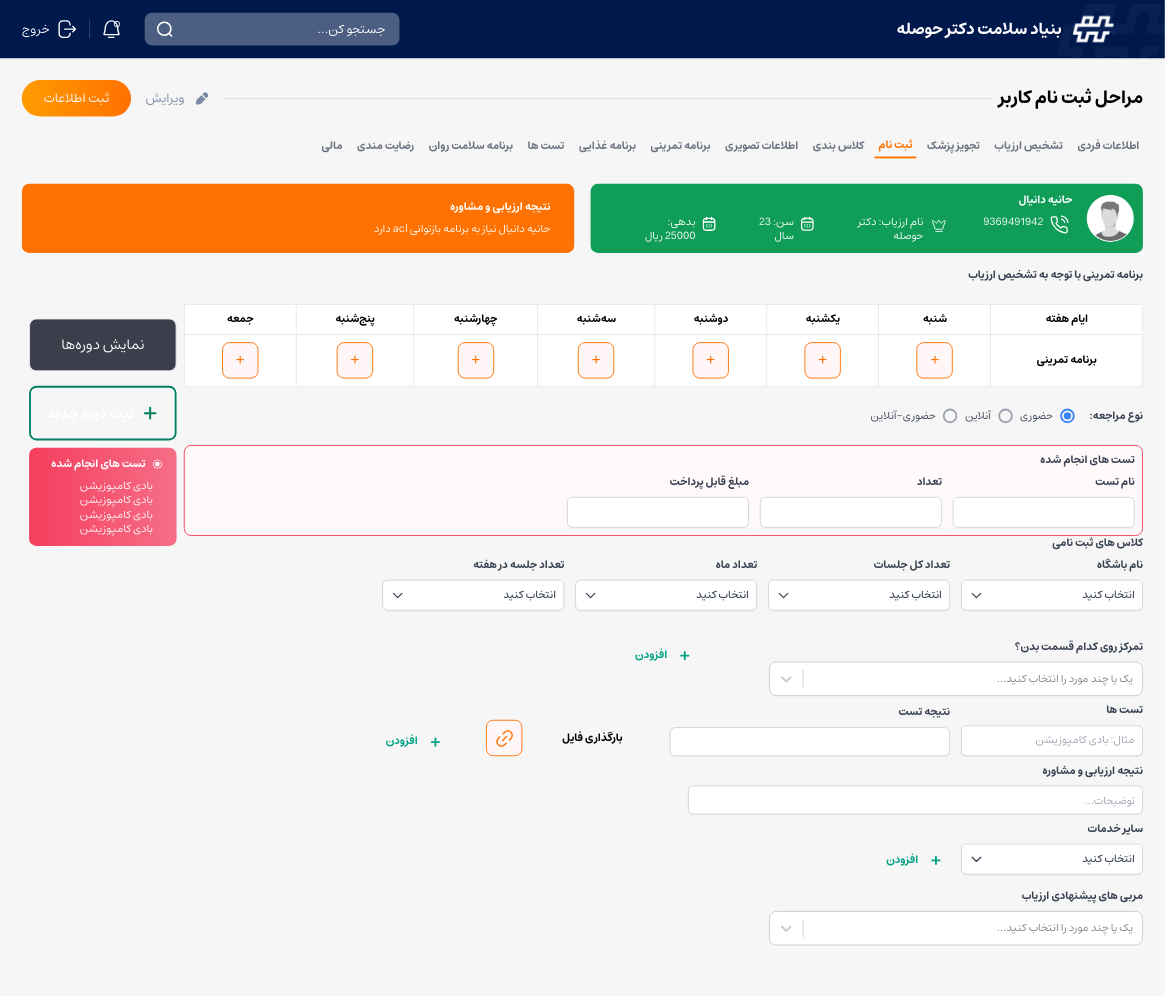
Repository: mirnajafi/ERP_hoseleh_V1.0
Page: /register, after clicking the first element matching `div.flex > :nth-child(4)`
These files come from the project's save history. The page is drawn as it stood at one moment and after the next save; the edit follows.
The browser window is 1280 px wide. The pictures show the whole page, at 91% of full size.
Some web fonts or font styles are not loaded; a fallback is used. The project was rebuilt for these pictures with package versions that can differ from the ones it lists, and the page was loaded fresh each time. The framework's server and built-in components were replaced by stand-ins that run in the browser. Also part of the build but not shown: next.config.mjs, src/components/icons/trash.tsx, src/components/weekTable/weekTable.css, src/components/icons/copy.tsx, src/components/recognitionEvaluator/recognitionEvaluator.tsx.

Above is the page before, as saved 2025-02-28 23:54:52.

After the next save:
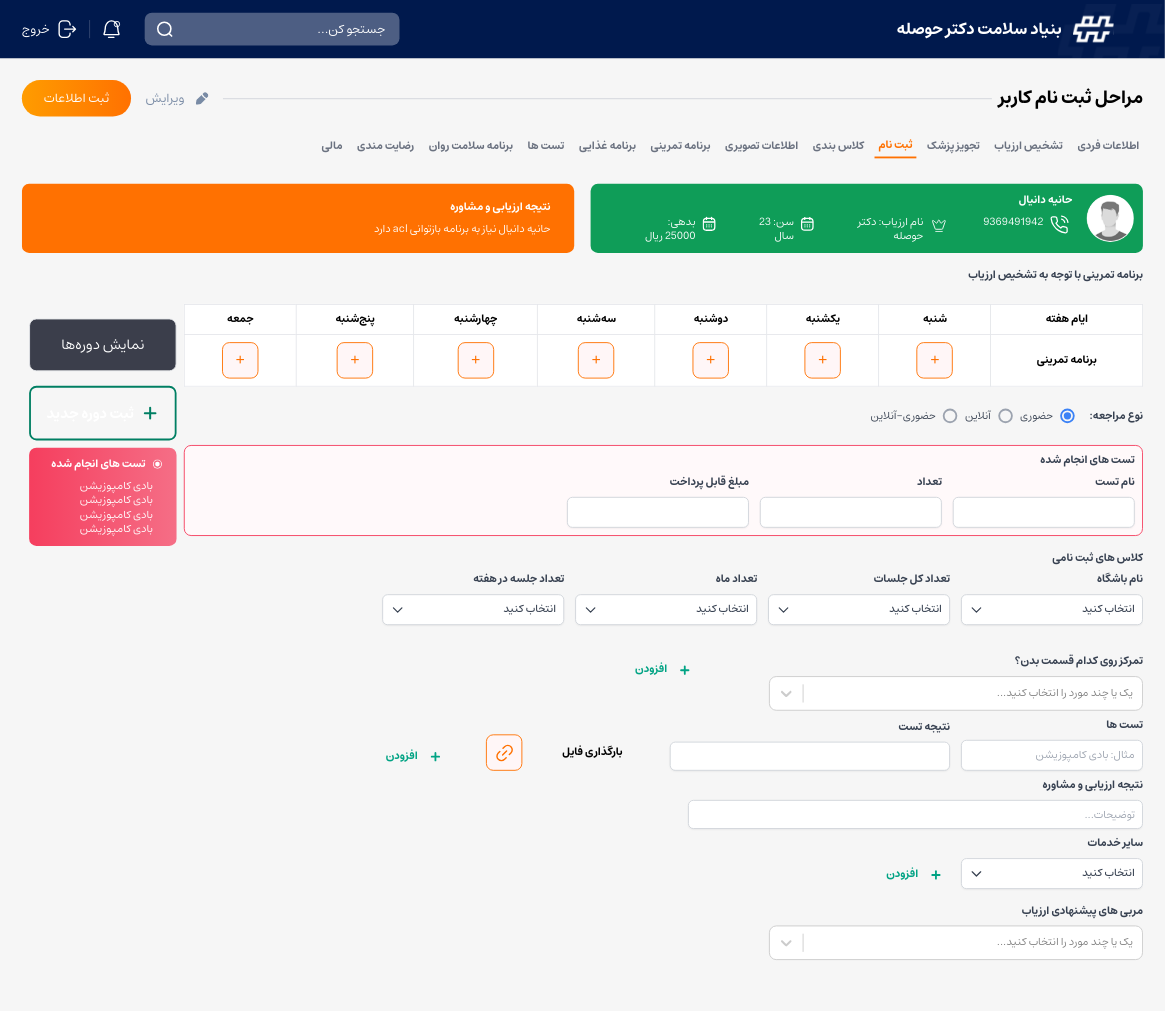
Saved 8 s later.
--- a/src/components/registration/registration.tsx
+++ b/src/components/registration/registration.tsx
@@ -111,7 +111,7 @@ const Registration = () => {
                     </div>
 
                     <div className="flex flex-col  w-full xl:items-start xl:justify-right ">
-                        <label className="text-xs font-bold text-gray-700 ml-4 my-">کلاس های ثبت نامی</label>
+                        <label className="text-xs font-bold text-gray-700 ml-4 mt-4">کلاس های ثبت نامی</label>
                         <div className="w-full">
                             <Dropdown
                                 label=" نام باشگاه"
